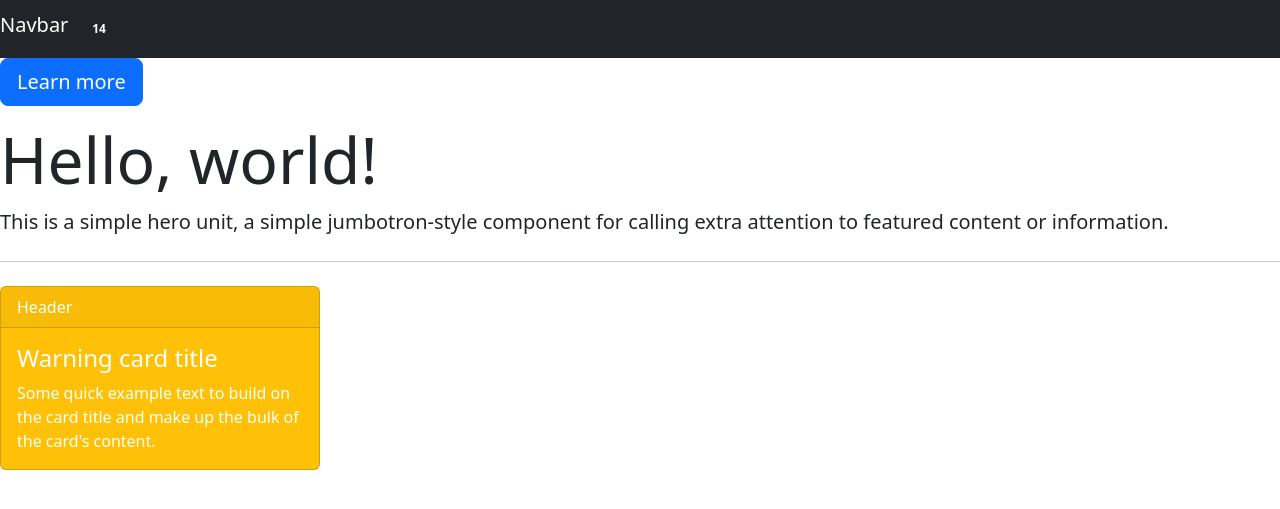
Repository: hasmelash/gitskill
Page: /
An editor plug-in stored every save of this project. The page is shown before and after the next save, followed by the edit.
The browser window is 1280 px wide. The pictures show the whole page.
The project was rebuilt for these pictures with package versions that can differ from the ones it lists, and the page was loaded fresh each time. Also part of the build but not shown: src/App.css.

Above is the page before, as saved 2019-08-29 23:25:04.

### src/App.js
import React from 'react';
import './App.css';
import Navbar from './NavBarComponent/NavBarComponent';
import Notes from './NotesComponent/NotesComponent';
import 'bootstrap/dist/css/bootstrap.min.css';
import 'bootstrap/dist/js/bootstrap.bundle.min';

;class App extends React.Component {
  render(){
      return (
          <div>
            <Navbar />
            <Notes />
          </div>
      );
   }
}

export default App;

### src/NavBarComponent/NavBarComponent.js
import React from 'react';
import NoteCounter from '../NoteCounterComponent/NoteCounterComponent';
import 'bootstrap/dist/css/bootstrap.min.css';
import 'bootstrap/dist/js/bootstrap.bundle.min';
class Navbar extends React.Component{
    render(){
        return (
            <nav class="navbar navbar-expand-lg navbar-dark bg-dark">
                <h1 class="navbar-brand" >Navbar</h1>
                <NoteCounter id="container"/>
            </nav>
        );
    }
}
export default Navbar;

### src/NotesComponent/NotesComponent.js

import React from 'react';
import 'bootstrap/dist/css/bootstrap.min.css';
import 'bootstrap/dist/js/bootstrap.bundle.min';
import Note from '../NoteComponent/NoteComponent';
class Notes extends React.Component{
    render(){
        return (

            <div class="jumbotron">
                <p class="lead">
                    <button class="btn btn-primary btn-lg" href="#" >Learn more</button>
                </p>
                <h1 class="display-3">Hello, world!</h1>
                <p class="lead">This is a simple hero unit, a simple jumbotron-style component for calling extra attention to featured content or information.</p>
                <hr class="my-4"/>
                <Note />
            </div>
        );
    }
}
export default Notes;

### src/NoteCounterComponent/NoteCounterComponent.js
import React from 'react';
import 'bootstrap/dist/css/bootstrap.min.css';
import 'bootstrap/dist/js/bootstrap.bundle.min';
function NoteCounter(props){

        return (
                    <span class="badge badge-primary badge-pill">14</span>
        );

}
export default NoteCounter;

### src/NoteComponent/NoteComponent.js

import React from 'react';
import 'bootstrap/dist/css/bootstrap.min.css';
import 'bootstrap/dist/js/bootstrap.bundle.min';
class Note extends React.Component{
    render(){
        return (
            <div class="card text-white bg-warning mb-3" style={{maxWidth: '20rem'}}>
            <div class="card-header">Header</div>
            <div class="card-body">
                <h4 class="card-title">Warning card title</h4>
                <p class="card-text">Some quick example text to build on the card title and make up the bulk of the card's content.</p>
            </div>
            </div>

            // <div class="modal">
            //     <div class="modal-dialog" role="document">
            //         <div class="modal-content">
            //             <div class="modal-header">
            //                 <h5 class="modal-title">Modal title</h5>
            //                 <button type="button" class="close" data-dismiss="modal" aria-label="Close">
            //                     <span aria-hidden="true">&times;</span>
            //                 </button>
            //              </div>
            //             <div class="modal-body">
            //                  <p>Modal body text goes here.</p>
            //             </div>
            //             <div class="modal-footer">
            //                 <button type="button" class="btn btn-primary">Save changes</button>
            //                 <button type="button" class="btn btn-secondary" data-dismiss="modal">Close</button>
            //             </div>
            //         </div>
            //     </div>
            // </div>
        );
    }
}
export default Note;

Loaded but not shown: public/index.html (common file); src/index.js (common file); src/index.css (common file); src/serviceWorker.js (common file)

After the next save:
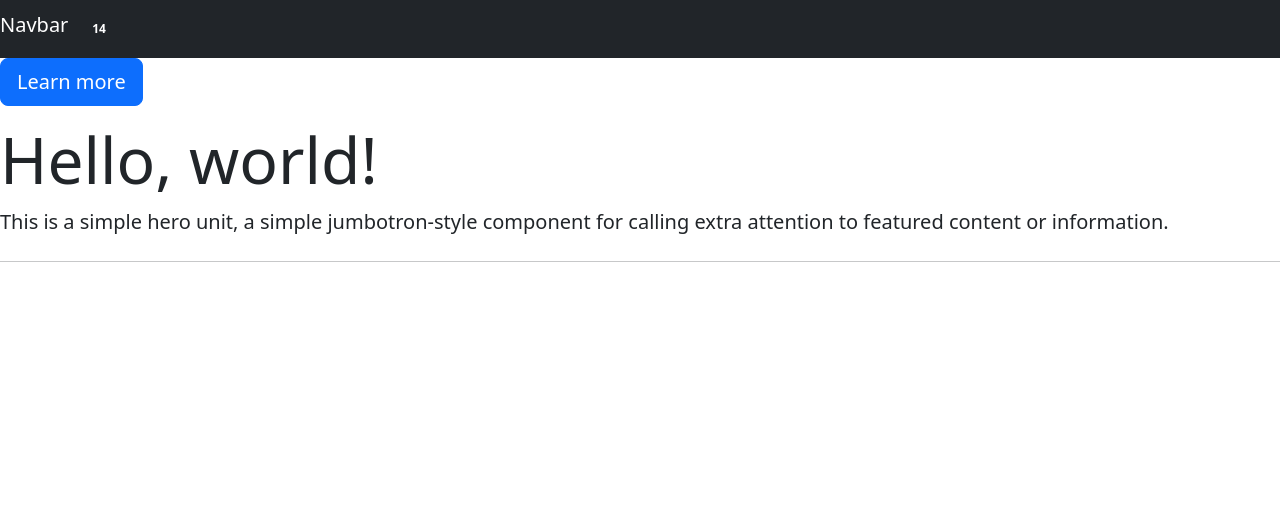
Saved 52 s later.
--- a/src/NoteComponent/NoteComponent.js
+++ b/src/NoteComponent/NoteComponent.js
@@ -5,33 +5,34 @@
 class Note extends React.Component{
     render(){
         return (
-            <div class="card text-white bg-warning mb-3" style={{maxWidth: '20rem'}}>
-            <div class="card-header">Header</div>
-            <div class="card-body">
-                <h4 class="card-title">Warning card title</h4>
-                <p class="card-text">Some quick example text to build on the card title and make up the bulk of the card's content.</p>
+            // <div class="card text-white bg-warning mb-3" style={{maxWidth: '20rem'}}>
+            // <div class="card-header">Header</div>
+            // <div class="card-body">
+            //     <h4 class="card-title">Warning card title</h4>
+            //     <p class="card-text">Some quick example text to build on the card title and make up the bulk of the card's content.</p>
+            // </div>
+            // </div>
+        <div>
+            <div class="modal">
+                <div class="modal-dialog" role="document">
+                    <div class="modal-content">
+                        <div class="modal-header">
+                            <h5 class="modal-title">Modal title</h5>
+                            <button type="button" class="close" data-dismiss="modal" aria-label="Close">
+                                <span aria-hidden="true">&times;</span>
+                            </button>
+                         </div>
+                        <div class="modal-body">
+                             <p>Modal body text goes here.</p>
+                        </div>
+                        <div class="modal-footer">
+                            <button type="button" class="btn btn-primary">Save changes</button>
+                            <button type="button" class="btn btn-secondary" data-dismiss="modal">Close</button>
+                        </div>
+                    </div>
+                </div>
             </div>
-            </div>
-
-            // <div class="modal">
-            //     <div class="modal-dialog" role="document">
-            //         <div class="modal-content">
-            //             <div class="modal-header">
-            //                 <h5 class="modal-title">Modal title</h5>
-            //                 <button type="button" class="close" data-dismiss="modal" aria-label="Close">
-            //                     <span aria-hidden="true">&times;</span>
-            //                 </button>
-            //              </div>
-            //             <div class="modal-body">
-            //                  <p>Modal body text goes here.</p>
-            //             </div>
-            //             <div class="modal-footer">
-            //                 <button type="button" class="btn btn-primary">Save changes</button>
-            //                 <button type="button" class="btn btn-secondary" data-dismiss="modal">Close</button>
-            //             </div>
-            //         </div>
-            //     </div>
-            // </div>
+           </div>
         );
     }
 }

After the 3 saves that followed:
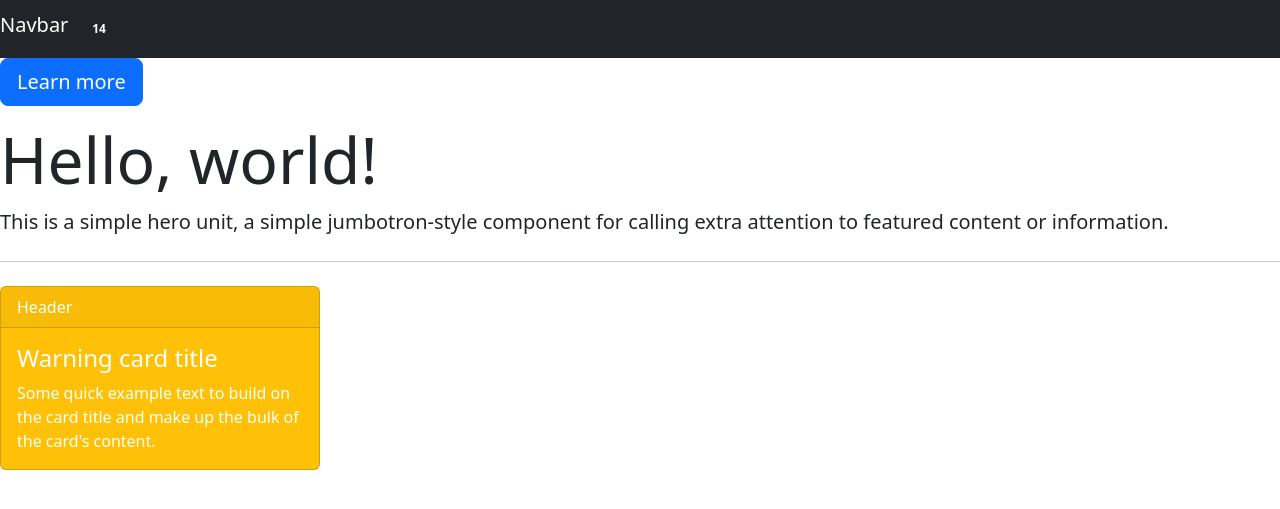
The 3 saves are shown as one change because 2 left the picture as it was.
The last was saved 88 s later.
--- a/src/NoteComponent/NoteComponent.js
+++ b/src/NoteComponent/NoteComponent.js
@@ -5,34 +5,34 @@
 class Note extends React.Component{
     render(){
         return (
-            // <div class="card text-white bg-warning mb-3" style={{maxWidth: '20rem'}}>
-            // <div class="card-header">Header</div>
-            // <div class="card-body">
-            //     <h4 class="card-title">Warning card title</h4>
-            //     <p class="card-text">Some quick example text to build on the card title and make up the bulk of the card's content.</p>
-            // </div>
-            // </div>
-        <div>
-            <div class="modal">
-                <div class="modal-dialog" role="document">
-                    <div class="modal-content">
-                        <div class="modal-header">
-                            <h5 class="modal-title">Modal title</h5>
-                            <button type="button" class="close" data-dismiss="modal" aria-label="Close">
-                                <span aria-hidden="true">&times;</span>
-                            </button>
-                         </div>
-                        <div class="modal-body">
-                             <p>Modal body text goes here.</p>
-                        </div>
-                        <div class="modal-footer">
-                            <button type="button" class="btn btn-primary">Save changes</button>
-                            <button type="button" class="btn btn-secondary" data-dismiss="modal">Close</button>
-                        </div>
-                    </div>
-                </div>
+            <div class="card text-white bg-warning mb-3" style={{maxWidth: '20rem'}}>
+            <div class="card-header">Header</div>
+            <div class="card-body">
+                <h4 class="card-title">Warning card title</h4>
+                <p class="card-text">Some quick example text to build on the card title and make up the bulk of the card's content.</p>
             </div>
-           </div>
+            </div>
+
+                // <div class="modal">
+                //     <div class="modal-dialog" role="document">
+                //         <div class="modal-content">
+                //             <div class="modal-header">
+                //                 <h5 class="modal-title">Modal title</h5>
+                //                 <button type="button" class="close" data-dismiss="modal" aria-label="Close">
+                //                     <span aria-hidden="true">&times;</span>
+                //                 </button>
+                //             </div>
+                //             <div class="modal-body">
+                //                 <p>Modal body text goes here.</p>
+                //             </div>
+                //             <div class="modal-footer">
+                //                 <button type="button" class="btn btn-primary">Save changes</button>
+                //                 <button type="button" class="btn btn-secondary" data-dismiss="modal">Close</button>
+                //             </div>
+                //         </div>
+                //     </div>
+                // </div>
+
         );
     }
 }
